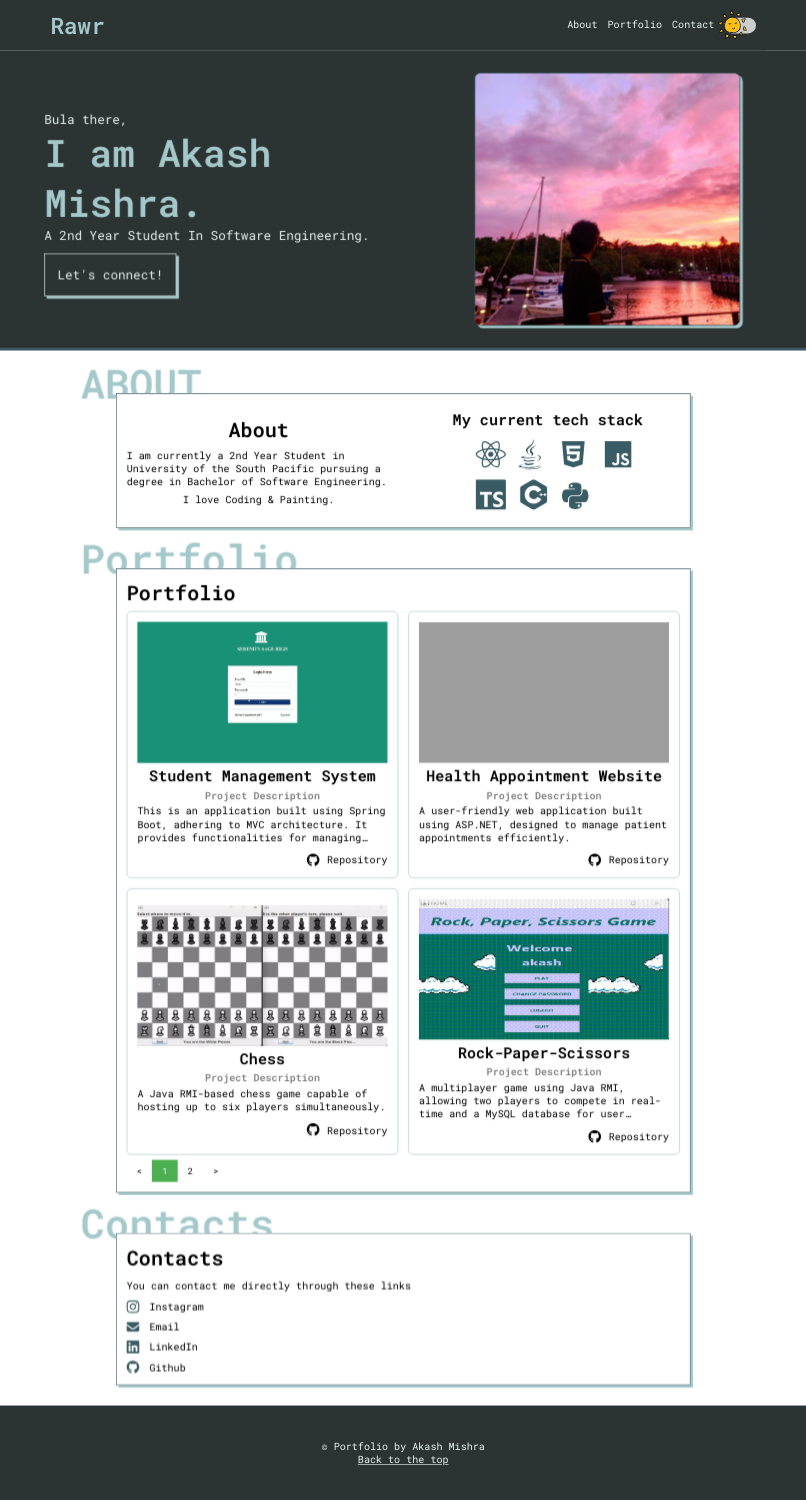
Repository: akashrawr/portfolio
Page: /
The author's editor kept a copy of each file at every save. The page is drawn from the files as they stood at one save, then again after the next save.
The browser window is 1280 px wide. The pictures show the whole page, at 63% of full size.
Pictures or frames that could not be fetched are drawn as grey boxes. The project was rebuilt for these pictures with package versions that can differ from the ones it lists, and the page was loaded fresh each time.

Above is the page before, as saved 2024-12-12 12:45:09.

### public/index.html
<!DOCTYPE html>
<html lang="en">
  <head>
    <meta charset="utf-8" />
    <link rel="icon" href="%PUBLIC_URL%/favicon.ico" />
    <meta name="viewport" content="width=device-width, initial-scale=1" />
    <meta name="theme-color" content="#000000" />
    <meta
      name="description"
      content="Personal web Portfolio"
    />
    <link rel="apple-touch-icon" href="%PUBLIC_URL%/logo192.png" />
    <!--
      manifest.json provides metadata used when your web app is installed on a
      user's mobile device or desktop. See https://developers.google.com/web/fundamentals/web-app-manifest/
    -->
    <link rel="manifest" href="%PUBLIC_URL%/manifest.json" />
    <!--
      Notice the use of %PUBLIC_URL% in the tags above.
      It will be replaced with the URL of the `public` folder during the build.
      Only files inside the `public` folder can be referenced from the HTML.

      Unlike "/favicon.ico" or "favicon.ico", "%PUBLIC_URL%/favicon.ico" will
      work correctly both with client-side routing and a non-root public URL.
      Learn how to configure a non-root public URL by running `npm run build`.
    -->
    <title>akashrawr</title>
  </head>
  <body>
    <noscript>You need to enable JavaScript to run this app.</noscript>
    <div id="root"></div>
    <!--
      This HTML file is a template.
      If you open it directly in the browser, you will see an empty page.

      You can add webfonts, meta tags, or analytics to this file.
      The build step will place the bundled scripts into the <body> tag.

      To begin the development, run `npm start` or `yarn start`.
      To create a production bundle, use `npm run build` or `yarn build`.
    -->
  </body>
</html>

### src/App.css
@import url("https://fonts.googleapis.com/css2?family=Roboto+Mono:wght@300;400;600&display=swap");

:root {
  --primary-color: #2c3333;
  --secondary-color: #395b64;
  --accent-1: #a5c9ca;
  --accent-2: #e7f6f2;
  --neutral-1: black;
  --neutral-2: white;
  --neutral-3: white;
  --neutral-4: black;
  --icon-1: #395b64;

  --dark-primary-color: #121212;
  --dark-secondary-color: #1f1f1f;
  --dark-accent-1: #6c757d;
  --dark-accent-2: #adb5bd;
  --dark-neutral-1: #ffffff;
  --dark-neutral-2: #121212;
  --dark-neutral-3:#1f1f1f;
  --dark-neutral-4: #938f8f;
  --dark-icon-1: #938f8f;

}

*,
*::after,
*::before {
  margin: 0;
  padding: 0;
  font-family: "Roboto Mono", monospace;
  box-sizing: border-box;


}

html {
  scroll-behavior: smooth;
}

body {
  overflow-x: hidden;
  background-color: var(--neutral-3);
  color: var(--neutral-1);
  font-family: "Roboto Mono", monospace;
}

body.dark-mode {
  --primary-color: var(--dark-primary-color);
  --secondary-color: var(--dark-secondary-color);
  --accent-1: var(--dark-accent-1);
  --accent-2: var(--dark-accent-2);
  --neutral-1: var(--dark-neutral-1);
  --neutral-2: var(--dark-neutral-2);
  --neutral-3: var(--dark-neutral-3);
  --neutral-4: var(--dark-neutral-4);
  --icon-1:var(--dark-icon-1);
}


/* Navbar styles */

header {
  display: flex;
  align-items: center;
  justify-content: center;

  max-width: 100vw;
  background-color: var(--primary-color);
}

a {
  font-size: 14px;
  text-decoration: none;
}

h1 {
  font-family: "Roboto Mono", monospace;
}

.navbar-nav {
  display: flex;
  align-items: center;
  justify-content: space-between;
  background-color: var(--primary-color);
  padding: 1rem;
  width: 90%;
}

.nav-logo {
  grid-column: 1;
}

.nav-logo > h1 {
  font-size: 30px;
  color: var(--accent-1);
}

.primary-nav {
  display: flex;
  list-style: none;
  gap: 16px;

  grid-column: 2;
  justify-self: end;
}

.mobile-nav-toggle {
  display: none;
  cursor: pointer;
}

.nav-link:link,
.nav-link:visited {
  font-size: 16px;
  color: var(--accent-2);

  transition: 300ms ease-in-out;
}

.nav-link:hover {
  font-weight: 600;
  color: var(--accent-1);
}


/* Dark mode toggle button */
.theme-toggle {
  background: none;
  border: none;
  cursor: pointer;
  padding: 8px;
  display: flex;
  align-items: center;
}

.nav-icons {
  --size: 30px;
  width: var(--size);
  aspect-ratio: 1;
  cursor: pointer;
}



@media only screen and (max-width: 35em) {
  .primary-nav {
    position: fixed;
    inset: 0 0 0 0;
    flex-direction: column;

    padding: min(30vh, 6rem) 2rem;
    background-color: var(--primary-color);

    z-index: 9999;

    transform: translateX(100%);
    transition: transform 350ms ease-out;
  }

  .nav-link:link,
  .nav-link:visited {
    font-size: 20px;
    color: var(--accent-1);
  }

  .primary-nav[data-visible="true"] {
    transform: translateX(0%);
  }

  .mobile-nav-toggle[aria-expanded="true"] {
    background: url('data:[embedded picture, 416 characters]') center center no-repeat;
  }

  .mobile-nav-toggle {
    display: block;
    position: absolute;
    background: url('data:[embedded picture, 417 characters]') center center no-repeat;

    width: 1.25rem;
    aspect-ratio: 1;

    border: none;

    top: 1.4rem;
    right: 2.5rem;
    z-index: 10000;

    transition: 250ms ease-in-out;
  }
}

/* Section styles */

section {
  display: flex;
  align-items: center;
  justify-content: center;

  max-width: 100vw;
  position: relative;
}

/* HERO */
/* HERO SECTION */
#hero {
  background-color: var(--primary-color);
  border-bottom: 4px solid var(--secondary-color);
  padding: 2.2rem;
}

/* Main container for text and image */
.hero-main-container {
  display: flex;
  flex-wrap: wrap;
  align-items: center;
  justify-content: space-between;
  gap: 16px;
}

/* Text Container */
.hero-container {
  flex: 1;
  display: flex;
  flex-direction: column;
  gap: 16px;
  padding: 2.2rem;
  width: 90%;
  height: 350px;
  animation: fade-in 500ms linear forwards;
}

.hero-text-container > h2 {
  font-size: 28px;
  color: var(--accent-1);
}

.hero-text-container > p {
  font-size: 12px;
  color: var(--accent-2);
}

.hero-button {
  align-self: flex-start;

  font-size: 14px;
  padding: 1em;

  color: var(--accent-2);
  background-color: transparent;

  border: 1px solid var(--accent-2);
  box-shadow: 4px 4px 0px var(--accent-1);

  transition: 300ms ease-in-out;
}

.hero-button:hover {
  background-color: var(--accent-2);
  color: var(--primary-color);
  box-shadow: 6px 6px 0px var(--secondary-color);
}

/* Image Container */
.hero-img {
  flex: 1;
  display: flex;
  justify-content: center;
  align-items: center;
}

.hero-image {
  max-width: 75%;
  height: auto;
  border-radius: 10px;
  box-shadow: 0 4px 8px rgba(0, 0, 0, 0.1);
  border: 1px solid var(--secondary-color);
  background-color: var(--neutral-2);

  width: 100%;


  box-shadow: 4px 4px 0px var(--accent-1);
}


/* Responsive Styles */
@media screen and (max-width: 768px) {
  .hero-main-container {
    flex-direction: column;
  }

  .hero-img {
    margin-top: 20px;
  }

  .hero-text-container {
    text-align: left;
  }
}
.hero-text-container > h2 {
  font-size: 20px;
  color: var(--accent-1);
}
.project-card > h3 {
  font-size: 12px;
  color: var(--secondary-color);
}

/* ABOUT */

#about {
  padding: 2rem;
  margin-top: 36px;
  animation: fade-in 500ms linear forwards;

}

.wave-asset {
  width: 100%;
  position: absolute;

  top: 0;
  left: 0;
}

.about-container {
  display: flex;
  align-items: center;
  justify-content: center;
  background-color: var(--neutral-2);
  width: 90%;
  z-index: 999;
}

.about-card,
.portfolio-card,
.contact-card {
  display: flex;
  flex-direction: column;
  gap: 16px;
  border: 1px solid var(--secondary-color);
  background-color: var(--neutral-2);

  width: 100%;
  padding: 1rem;

  box-shadow: 4px 4px 0px var(--accent-1);
}

.about-content,
.portfolio-content {
  width: 100%;
  display: flex;
  flex-direction: column;
  gap: 8px;
}

.about-content > h2,
.about-content > h3 {
  color: var(--neutral-4);
}

.about-content > p {
  font-size: 12px;
  color: var(--neutral-4);
}

.tech-stack-grid {
  width: 65%;
  display: grid;
  grid-template-columns: repeat(4, 1fr);
  place-items: center;
}

.tech-stack {
  --size: 30px;
  width: var(--size);
  aspect-ratio: 1;
}

/* Portfolio container */

#portfolio {
  padding: 2rem;
  animation: fade-in 500ms linear forwards;
}

.portfolio-container {
  width: 90%;
  z-index: 999;
}

.project-container {
  display: grid;
  grid-template-columns: repeat(2, 1fr);
  gap: 16px;
}

.portfolio-content > h2 {
  color: var(--neutral-4);
}

.project-card {
  display: flex;
  flex-direction: column;
  gap: 4px;

  padding: 1rem;
  border-radius: 8px;
  border: 1px solid var(--accent-1);
}

.project-card > h3 {
  color: var(--neutral-4);
}

.project-card > h5 {
  color: var(--neutral-4);
  opacity: 0.5;
}

.project-card > p {
  font-size: 12px;
  width: 100%;
  display: -webkit-box;
  -webkit-box-orient: vertical;
  -webkit-line-clamp: 3;
  overflow: hidden;
  color: var(--neutral-4);
}

.project-img {
  width: 100%;
  aspect-ratio: 16/9;
}

.project-card-links {
  align-self: flex-end;

  margin-top: 10px;
  display: flex;
  align-items: center;
  gap: 12px;
}

.project-icons {
  --size: 20px;
  width: var(--size);
  aspect-ratio: 1;
}

.project-card-links > a {
  display: flex;
  align-items: center;
  color: var(--neutral-4);
  font-size: 10px;
  gap: 4px;
}

.project-card-links > a:link,
.project-card-links > a:visited {

  color: var(--neutral-4);
}

.project-card-links > a:hover {
  font-weight: 600;
  color: var(--accent-1);
}

/* CONTACT */
#contact {
  padding: 2rem;
  animation: fade-in 500ms linear forwards;
}

.contact-container {
  width: 90%;
  z-index: 999;
}

.contact-card {
  width: 100%;
  gap: 12px;
}
.contact-card > h2 {
    color: var(--neutral-4);
}

.contact-card > p {
  font-size: 12px;
  color: var(--neutral-4);
}

.contact-links {
  display: flex;
  flex-direction: column;
  gap: 8px;
}

.contact-links > a {
  display: flex;
  align-items: center;
  gap: 8px;
}

.contact-links > a:link,
.contact-links > a:visited {
  color: var(--neutral-4);
}

.contact-links > a:hover {
  font-weight: 600;
  color: var(--accent-1);
}
.contact-icons {
  --size: 20px;
  width: var(--size);
  aspect-ratio: 1;
}

/* extras */
.section-highlight {
  font-size: 4rem;
  font-weight: 600;
  opacity: 0.5;
  color: var(--accent-1);

  position: absolute;
  top: 0;
  left: 100px;
}

/* footer */
footer {
  display: flex;
  align-items: center;
  justify-content: center;
  color: var(--accent-2);
  max-width: 100vw;
  background-color: var(--primary-color);
  min-height: 150px;
}

.footer-content {
  text-align: center;
  font-size: 12px;
  width: 90%;

  color: var(--accent-2);
}

.footer-content > a {
  text-decoration: underline;
}

.footer-content > a:link,
.footer-content > a:visited {
  color: var(--accent-2);
}

.footer-content > a:hover {
  color: var(--accent-1);
}
/* media queries */

@media only screen and (max-width: 35em) {
  .hero-container {
    padding: 1rem;
    height: 200px;
  }
  .project-container {
    grid-template-columns: 1fr;
  }
  .tech-stack-grid {
    width: 100%;
  }
  .section-highlight {
    font-size: 3.5rem;
    top: -16px;
    left: 6vw;
  }
}

@media only screen and (min-width: 35em) {
  .hero-container {
    height: 250px;
  }
  .about-container,
  .portfolio-container,
  .contact-container {
    width: 75%;
  }

  .about-card,
  .portfolio-card {
    align-items: center;
    justify-content: center;
    flex-direction: row;
    gap: 20px;
  }

  .section-highlight {
    top: -26px;
    left: 10vw;
  }
}

@media only screen and (min-width: 768px) {
  .nav-logo > h1 {
    font-size: 36px;
  }

  /* hero */
  .hero-container {
    height: 350px;
  }

  .hero-text-container > p {
    font-size: 20px;
  }

  .hero-text-container > h2 {
    font-size: 60px;
  }

  .hero-button {
    font-size: 20px;
  }

  /* about */
  .about-card {
    gap: 40px;
  }

  .about-content > h2 {
    font-size: 32px;
  }

  .about-content > h3 {
    font-size: 24px;
  }

  .about-content > p {
    font-size: 16px;
  }

  .tech-stack-section {
    align-self: flex-start;
    margin-top: 8px;
  }

  .tech-stack {
    --size: 40px;
    width: var(--size);
    aspect-ratio: 1;
  }

  /* portfolio */
  .portfolio-content > h2 {
    font-size: 32px;
  }

  .project-card > h3 {
    font-size: 24px;
  }

  .project-card > h5,
  .project-card > p {
    font-size: 16px;
  }

  .project-card-links > a {
    font-size: 16px;
  }

  /* contacts */
  .contact-card > h2 {
    font-size: 32px;
  }

  .contact-card > p {
    font-size: 16px;
  }

  .contact-links > a {
    font-size: 16px;
  }
  .footer-content,
  .footer-content > a {
    font-size: 16px;
  }
}

@media only screen and (min-width: 1024px) {
  .section-highlight {
    top: -26px;
    left: 10vw;
  }
}

@keyframes fade-in {
  0% {
    opacity: 0;
  }
  100% {
    opacity: 1;
  }
}

/* Adjust specific sections as needed for React-specific behaviors */
.primary-nav.visible {
  transform: translateX(0%);
}

/* The switch - the box around the slider */
.switch {
  position: relative;
  display: inline-block;
  width: 50px;
  height: 25px;
}

/* Hide default HTML checkbox */
.switch input {
  opacity: 0;
  width: 0;
  height: 0;
}

/* The slider */
.slider {
  position: absolute;
  cursor: pointer;
  top: 0;
  left: 0;
  right: 0;
  bottom: 0;
  background-color: #ccc;
  -webkit-transition: .4s;
  transition: .4s;
  border-radius: 25px; /* Rounded edges for the slider */
  display: flex;

  align-items: center;
}

/* Adjust the icon size to 48x48 pixels */
.slider .icon {
  position: absolute;
  width: 48px;
  height: 48px;
  transition: .4s;
}

/* When the input is checked (dark mode is on) */
input:checked + .slider {
  background-color: #3e4346; /* Change background color on check */
}

input:focus + .slider {
  box-shadow: 0 0 1px #2196F3;
}

/* Move the icons when the input is checked (dark mode) */
input:checked + .slider .icon {
  transform: translateX(20px); /* Move the icon to the right */
}

/* Default state (light mode) */
input:not(:checked) + .slider .icon {
  transform: translateX(-15px) translateY(-2px); /* Icon remains in the default position */
  width: 52px; /* Further reduced icon size for very small screens */
  height: 52px; /* Further reduced icon size for very small screens */
}

.about-icon {
  color: var(--icon-1); /* Change to any shade of blue you prefer */
  font-size: 3rem; /* Adjust size as needed */
  margin: 0.5rem;
}

.project-icons {
  margin-right: 0.5rem; /* Space between icon and text */
  font-size: 1.5rem; /* Adjust icon size */
  color: inherit; /* Match the color of the link */
}

.contact-icons {
  margin-right: 0.5rem; /* Space between icon and text */
  font-size: 1.5rem; /* Adjust icon size */
  color: var(--icon-1);
}

.pagination {
  display: inline-block;
}

.pagination a {
  color: black;
  float: left;
  padding: 8px 16px;
  text-decoration: none;
}

.pagination a.active {
  background-color: #4CAF50;
  color: white;
}

.pagination a:disabled {
  color: grey;
  pointer-events: none;
}

.pagination a:hover:not(.active) {background-color: #ddd;}

Loaded but not shown: src/index.js (common file); src/index.css (common file); src/reportWebVitals.js (common file); src/App.js (381 lines, source omitted)

After the next save:
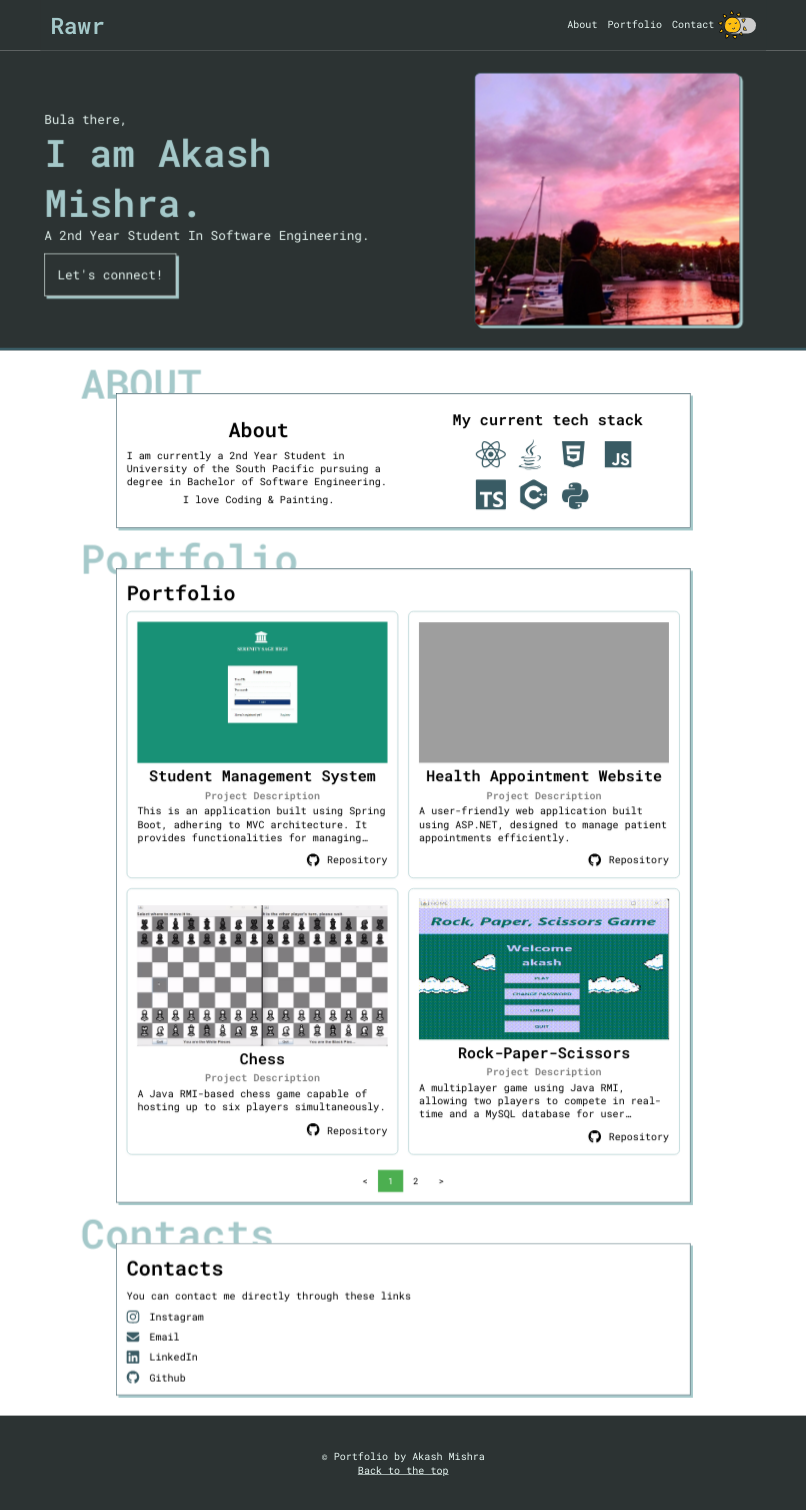
Saved 33 s later.
--- a/src/App.css
+++ b/src/App.css
@@ -793,13 +793,16 @@ input:not(:checked) + .slider .icon {
   color: var(--icon-1);
 }
 
+
 .pagination {
-  display: inline-block;
+  display: flex;
+  justify-content: center;
+  align-items: center;
+  margin-top: 1rem;
 }
 
 .pagination a {
   color: black;
-  float: left;
   padding: 8px 16px;
   text-decoration: none;
 }
@@ -813,5 +816,3 @@ input:not(:checked) + .slider .icon {
   color: grey;
   pointer-events: none;
 }
-
-.pagination a:hover:not(.active) {background-color: #ddd;}
